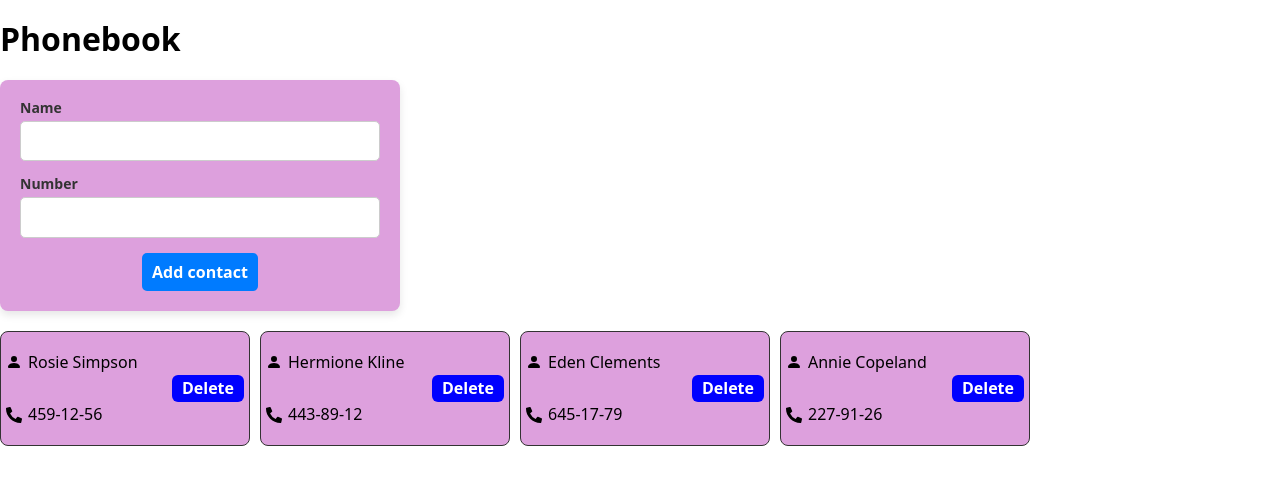
Repository: Evgeniya-Tishakova/goit-react-hw-03
Page: /
These files come from the project's save history. The page is drawn as it stood at one moment and after the next save; the edit follows.
The browser window is 1280 px wide. The pictures show the whole page.
The project was rebuilt for these pictures with package versions that can differ from the ones it lists, and the page was loaded fresh each time. Also part of the build but not shown: vite.config.js, src/index.css, src/components/App/App.module.css.

Above is the page before, as saved 2025-03-09 15:58:00.

After the next save:
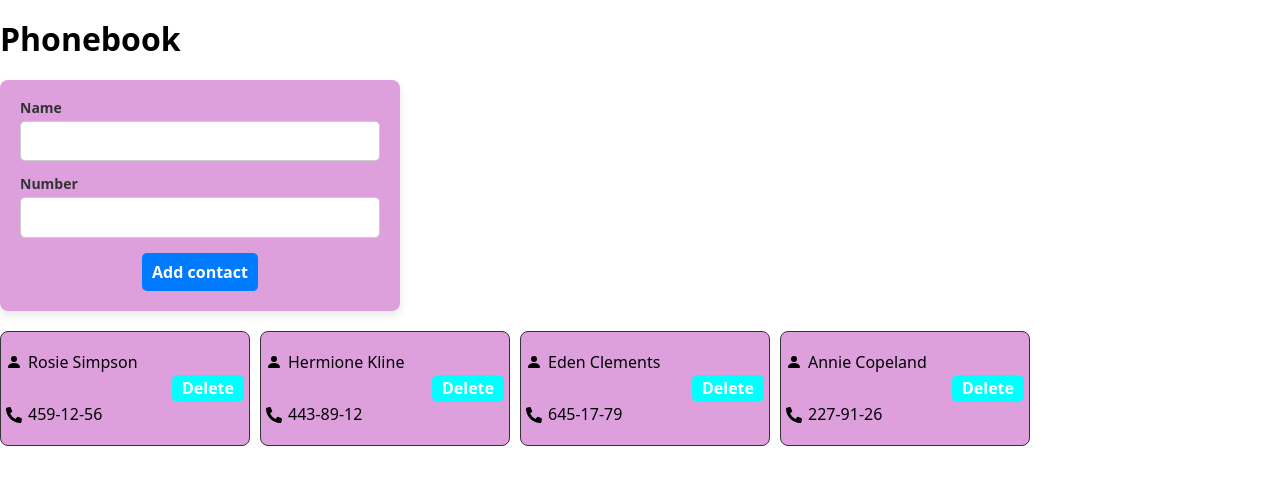
Saved 9 s later.
--- a/src/components/Contact/Contact.module.css
+++ b/src/components/Contact/Contact.module.css
@@ -31,7 +31,7 @@
 
 .button {
     padding: 4px 10px;
-    background-color: blue;
+    background-color: aqua;
     border: none;
     color: white;
     font-weight: bold;

After the save that followed:
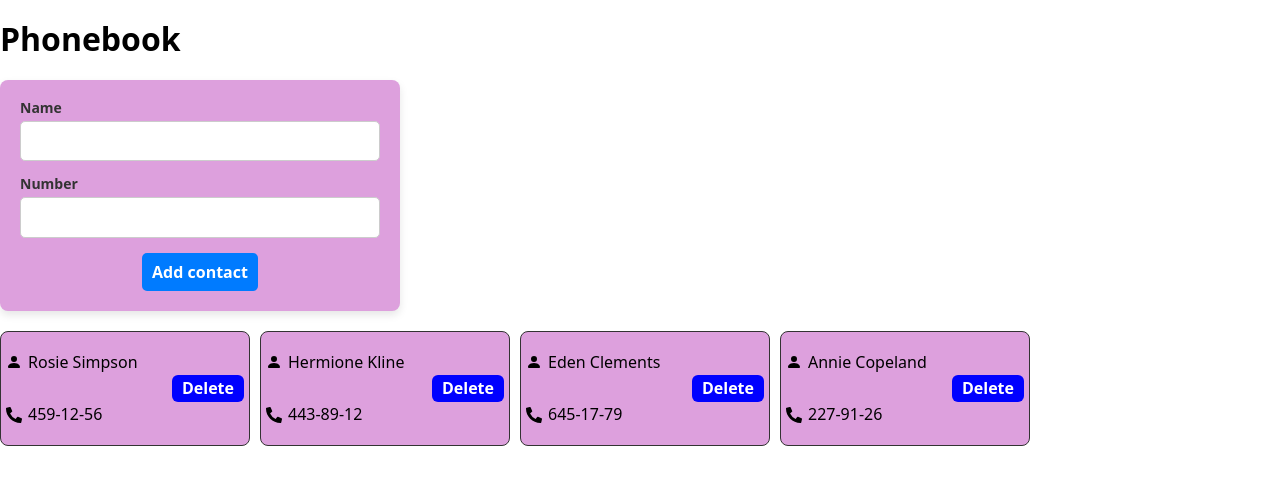
Saved 9 s later.
--- a/src/components/Contact/Contact.module.css
+++ b/src/components/Contact/Contact.module.css
@@ -31,7 +31,7 @@
 
 .button {
     padding: 4px 10px;
-    background-color: aqua;
+    background-color: blue;
     border: none;
     color: white;
     font-weight: bold;
